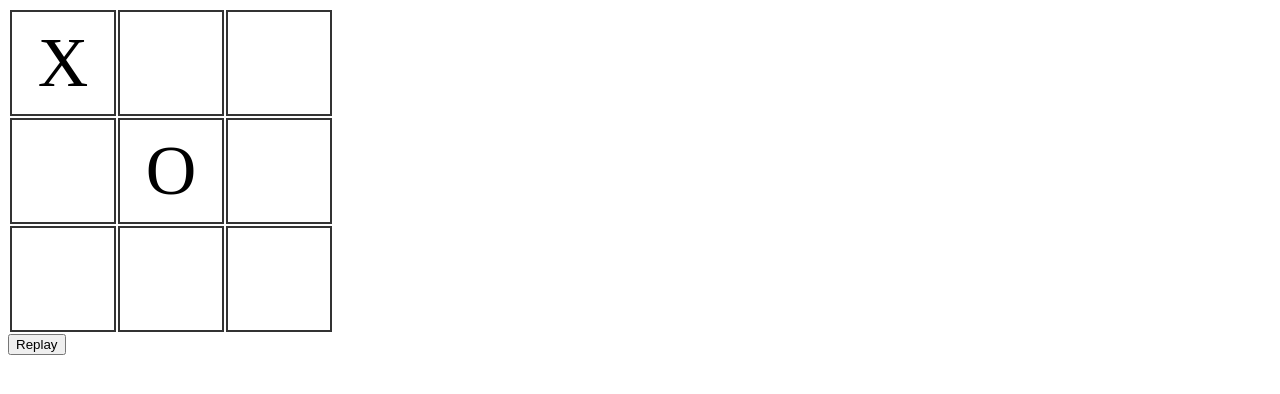
Repository: pifls/opd-projekty
Page: min-max/index.html
The author's editor kept a copy of each file at every save. The page is drawn from the files as they stood at one save, then again after the next save.
The browser window is 1280 px wide. The pictures show the whole page.
After loading, the first visible `#\30` was clicked once.

Above is the page before, as saved 2019-01-15 00:15:16.

### min-max/index.html
<!DOCTYPE html>
<html lang="en">
<head>
    <meta charset="UTF-8">
    <meta name="viewport" content="width=device-width, initial-scale=1.0">
    <meta http-equiv="X-UA-Compatible" content="ie=edge">
    <title>min-max</title>
    <link rel="stylesheet" href="styles.css">
</head>
<body>
    <table>
        <tr>
            <td class="cell" id="0"></tdc>
            <td class="cell" id="1"></tdc>
            <td class="cell" id="2"></tdc>
        </tr>
        <tr>
            <td class="cell" id="3"></tdc>
            <td class="cell" id="4"></tdc>
            <td class="cell" id="5"></tdc>
        </tr>
        <tr>
            <td class="cell" id="6"></tdc>
            <td class="cell" id="7"></tdc>
            <td class="cell" id="8"></tdc>
        </tr>
    </table>
    <div class="endgame">
        <div class="text"></div>
    </div>
    <button onclick="play()">Replay</button>
    <script src="min-max.js"></script>
</body>
</html>

### min-max/styles.css
td {
    border: 2px solid #333;
    height: 100px;
    width: 100px;
    text-align: center;
    vertical-align: center;
    font-size: 70px;
    cursor: pointer;
}

### min-max/min-max.js
let origBoard;
const player = 'X';
const computer = 'O';

const winners = [
	[0, 1, 2],
	[3, 4, 5],
	[6, 7, 8],
	[0, 3, 6],
	[1, 4, 7],
	[2, 5, 8],
	[0, 4, 8],
	[6, 4, 2]
]

const cells = document.querySelectorAll('.cell');
play();

function play() {
	origBoard = Array.from(Array(9).keys());
	for (let i = 0; i < cells.length; i++) {
		cells[i].innerText = '';
		cells[i].addEventListener('click', moveClick, false);
	}
}

function moveClick(cell) {
	if (typeof origBoard[cell.target.id] == 'number') {
		move(cell.target.id, player)
		if (!checkWin(origBoard, player) && !checkTie()) move(bestSpot(), computer);
	}
}

function move(cellId, opponent) {
	origBoard[cellId] = opponent;
	document.getElementById(cellId).innerText = opponent;
	let gameWon = checkWin(origBoard, opponent)
	if (gameWon) endGame(gameWon)
}

function checkWin(board, opponent) {
	let plays = board.reduce((a, e, i) =>
		(e === opponent) ? a.concat(i) : a, []);
	let gameWon = null;
	for (let [index, win] of winners.entries()) {
		if (win.every(elem => plays.indexOf(elem) > -1)) {
			gameWon = {index: index, opponent: opponent};
			break;
		}
	}
	return gameWon;
}

function endGame(gameWon) {
	for (let i = 0; i < cells.length; i++) {
		cells[i].removeEventListener('click', moveClick, false);
	}
	declareWinner(gameWon.opponent == player ? "You win!" : "You lose.");
}

function emptySquares() {
	return origBoard.filter(s => typeof s == 'number');
}

function bestSpot() {
	return minimax(origBoard, computer).index;
}

function checkTie() {
	if (emptySquares().length == 0) {
		return true;
	}
	return false;
}

function minimax(newBoard, opponent) {
	let availSpots = emptySquares();

	if (checkWin(newBoard, player)) {
		return {score: -10};
	} else if (checkWin(newBoard, computer)) {
		return {score: 10};
	} else if (availSpots.length === 0) {
		return {score: 0};
	}
	let moves = [];
	for (let i = 0; i < availSpots.length; i++) {
		let move = {};
		move.index = newBoard[availSpots[i]];
		newBoard[availSpots[i]] = opponent;

		if (opponent == computer) {
			let result = minimax(newBoard, player);
			move.score = result.score;
		} else {
			let result = minimax(newBoard, computer);
			move.score = result.score;
		}

		newBoard[availSpots[i]] = move.index;

		moves.push(move);
	}

	let bestMove;
	if(opponent === computer) {
		let bestScore = -10000;
		for(let i = 0; i < moves.length; i++) {
			if (moves[i].score > bestScore) {
				bestScore = moves[i].score;
				bestMove = i;
			}
		}
	} else {
		let bestScore = 10000;
		for(let i = 0; i < moves.length; i++) {
			if (moves[i].score < bestScore) {
				bestScore = moves[i].score;
				bestMove = i;
			}
		}
	}

	return moves[bestMove];
}

After the next save:
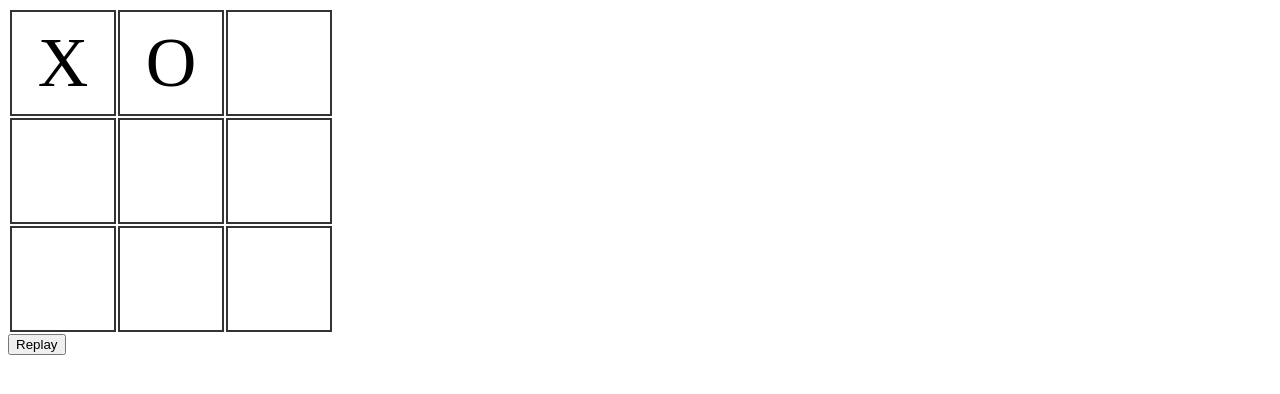
Saved 119 s later.
--- a/min-max/min-max.js
+++ b/min-max/min-max.js
@@ -34,28 +34,28 @@
 function move(cellId, opponent) {
 	origBoard[cellId] = opponent;
 	document.getElementById(cellId).innerText = opponent;
-	let gameWon = checkWin(origBoard, opponent)
-	if (gameWon) endGame(gameWon)
+	let win = checkWin(origBoard, opponent)
+	if (win) endGame(win)
 }
 
 function checkWin(board, opponent) {
 	let plays = board.reduce((a, e, i) =>
 		(e === opponent) ? a.concat(i) : a, []);
-	let gameWon = null;
+	let win = null;
 	for (let [index, win] of winners.entries()) {
 		if (win.every(elem => plays.indexOf(elem) > -1)) {
-			gameWon = {index: index, opponent: opponent};
+			win = {index: index, opponent: opponent};
 			break;
 		}
 	}
-	return gameWon;
+	return win;
 }
 
-function endGame(gameWon) {
+function endGame(win) {
 	for (let i = 0; i < cells.length; i++) {
 		cells[i].removeEventListener('click', moveClick, false);
 	}
-	declareWinner(gameWon.opponent == player ? "You win!" : "You lose.");
+	declareWinner(win.opponent == player ? "You win!" : "You lose.");
 }
 
 function emptySquares() {

After the 3 saves that followed:
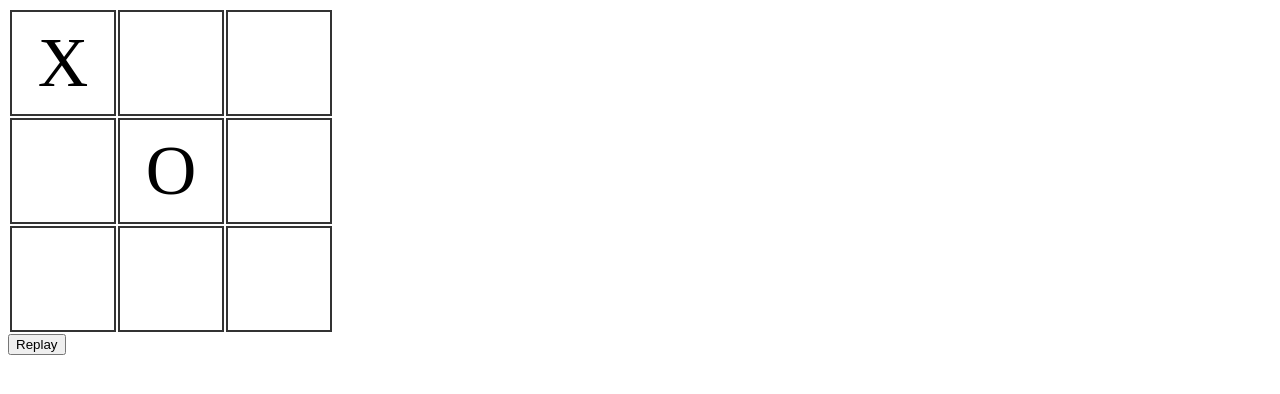
The 3 saves are shown as one change because 2 left the picture as it was.
The last was saved 7 min 22 s later.
--- a/min-max/min-max.js
+++ b/min-max/min-max.js
@@ -20,42 +20,42 @@
 	origBoard = Array.from(Array(9).keys());
 	for (let i = 0; i < cells.length; i++) {
 		cells[i].innerText = '';
-		cells[i].addEventListener('click', moveClick, false);
+		cells[i].addEventListener('click', turnClick, false);
 	}
 }
 
-function moveClick(cell) {
-	if (typeof origBoard[cell.target.id] == 'number') {
-		move(cell.target.id, player)
+function turnClick(square) {
+	if (typeof origBoard[square.target.id] == 'number') {
+		move(square.target.id, player)
 		if (!checkWin(origBoard, player) && !checkTie()) move(bestSpot(), computer);
 	}
 }
 
-function move(cellId, opponent) {
-	origBoard[cellId] = opponent;
-	document.getElementById(cellId).innerText = opponent;
-	let win = checkWin(origBoard, opponent)
-	if (win) endGame(win)
+function move(squareId, opponent) {
+	origBoard[squareId] = opponent;
+	document.getElementById(squareId).innerText = opponent;
+	let gameWon = checkWin(origBoard, opponent)
+	if (gameWon) gameOver(gameWon)
 }
 
 function checkWin(board, opponent) {
 	let plays = board.reduce((a, e, i) =>
 		(e === opponent) ? a.concat(i) : a, []);
-	let win = null;
+	let gameWon = null;
 	for (let [index, win] of winners.entries()) {
 		if (win.every(elem => plays.indexOf(elem) > -1)) {
-			win = {index: index, opponent: opponent};
+			gameWon = {index: index, opponent: opponent};
 			break;
 		}
 	}
-	return win;
+	return gameWon;
 }
 
-function endGame(win) {
+function gameOver(gameWon) {
 	for (let i = 0; i < cells.length; i++) {
-		cells[i].removeEventListener('click', moveClick, false);
+		cells[i].removeEventListener('click', turnClick, false);
 	}
-	declareWinner(win.opponent == player ? "You win!" : "You lose.");
+	declareWinner(gameWon.opponent == player ? "You win!" : "You lose.");
 }
 
 function emptySquares() {
